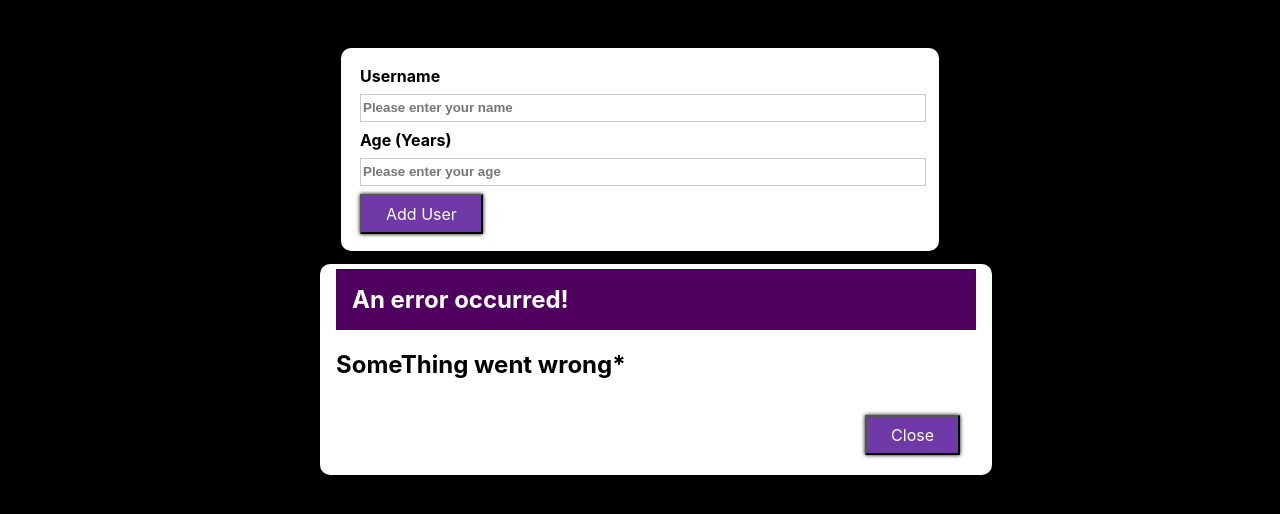
Repository: NamalPathirana/section-eight
Page: /
An editor plug-in stored every save of this project. The page is shown before and after the next save, followed by the edit.
The browser window is 1280 px wide. The pictures show the whole page.
The project was rebuilt for these pictures with package versions that can differ from the ones it lists, and the page was loaded fresh each time. Also part of the build but not shown: src/App.module.css.

Above is the page before, as saved 2021-12-04 14:31:07.

### src/index.css
body {
  margin: 0;
  padding: 0%;
  height: 100%;
  width: 100%;
  display: flex;
  flex-direction: column;
  background-color: black;
  font-family: -apple-system, BlinkMacSystemFont, 'Segoe UI', 'Roboto', 'Oxygen',
    'Ubuntu', 'Cantarell', 'Fira Sans', 'Droid Sans', 'Helvetica Neue',
    sans-serif;
  -webkit-font-smoothing: antialiased;
  -moz-osx-font-smoothing: grayscale;
}

code {
  font-family: source-code-pro, Menlo, Monaco, Consolas, 'Courier New',
    monospace;
}

### src/App.js
import styles from "./App.module.css";
import react, { useState } from "react";
import UserInput from "./Components/UserInput/UserInput";
import UserList from "./Components/UserList/UserList";
import Card from "./UI/Card/Card";

function App() {
  const [listOfEntries, SetListOfEntries] = useState([
    { key: 0, name: "Dave", age: "000" },
    { key: 1, name: "looper", age: "29" },
  ]);

  const UserEntryCallbackHandler = (props) => {
    SetListOfEntries((prevListOfEntries) => {
      const tempList = [...prevListOfEntries];
      tempList.unshift({
        key: Math.random(),
        name: props.name,
        age: props.age,
      });
      return tempList;
    });
    console.log(listOfEntries);
  };

  const entryDeletionCallback = (entryKey) => {
    SetListOfEntries((perEntry) => {
      const updatedEntries = perEntry.filter((entry) => {
        return entry.key !== entryKey;
      });
      return updatedEntries;
    });
  };

  let UserInfoSegment = <Card><h3 className={styles.block}>No Entries Exists To Display</h3></Card>;

  if (listOfEntries.length > 0) {
    UserInfoSegment = (
      <UserList
        items={listOfEntries}
        deletionHandler={entryDeletionCallback}
      ></UserList>
    );
  }

  return (
    <div className="App">
      <section>
        <UserInput onUserEntry={UserEntryCallbackHandler}></UserInput>
      </section>
      <section>
      {UserInfoSegment}
      </section>
    </div>
  );
}

export default App;

### src/Components/UserInput/UserInput.js
import Button from "../../UI/Button/Button";
import styles from "./UserInput.module.css";
import { useState } from "react";
import Card from "../../UI/Card/Card";
import ErrorModal from "../../UI/ErrorModal/ErrorModal";

const UserInput = (props) => {
  const userEntry = { key: 0, name: "lol", age: "25" };

  const [username, SetUserName] = useState("");
  const [age, SetAge] = useState("");
  const [isValid, SetIsValid] = useState(true);

  const NameInputHandler = (props) => {
    SetUserName(props.target.value);

    if (props.target.value.length > 0) {
      SetIsValid(true);
    }
    // console.log('[UserInput.js / userName : ]'+username)
  };

  const AgeInputHandler = (props) => {
    SetAge(props.target.value);
    if (props.target.value.length > 0) {
      SetIsValid(true);
    }
    // console.log('[UserInput.js / userName : ]'+age);
  };

  const FormSubmitHandler = (event) => {
    event.preventDefault();

    if (username.length === 0) {
      SetIsValid(false);
      return;
    }
    if(+age<1){
        SetIsValid(false);
        return;
    }

    userEntry.key = Math.random();
    userEntry.name = username;
    userEntry.age = age;

    props.onUserEntry(userEntry);

    SetUserName("");
    SetAge("");
  };

  return (
    <div>
    <ErrorModal title="An error occurred!" message='SomeThing went wrong*'></ErrorModal>
    <Card>
      <form onSubmit={FormSubmitHandler}>
        <div className={styles.frame}>
          <label className={`${!isValid ? styles.inValid : ""}`}>
            Username
          </label>
          <input
            placeholder="Please enter your name"
            type="text"
            onChange={NameInputHandler}
            className={!isValid ? styles.inValid : ""}
            value={username}
          />
          <label className={`${!isValid ? styles.inValid : ""}`}>
            Age (Years)
          </label>
          <input
            placeholder="Please enter your age"
            type="number"
            max="120"
            maxLength="2"
            min="12"
            onChange={AgeInputHandler}
            value={age}
            className={`${!isValid ? styles.inValid : ""}`}
          />
          <Button name="Add User" type="submit"></Button>
        </div>
      </form>
    </Card>
    </div>
  );
};

export default UserInput;

### src/Components/UserList/UserList.js
import styles from './UserList.module.css';
import UserListItem from '../UserListItem/UserListItem'
import Card from '../../UI/Card/Card';


const UserList = (props) => {

    const listUserItems = props.items.map(row=>{
        return  <UserListItem key={row.key} name={row.name} age={row.age} clicked={()=>{props.deletionHandler(row.key)}}/>;
    });

    return(
        <Card>
        <div className={styles.frame}>
           {listUserItems}
        </div>
        </Card>
    );
}

export default UserList;

### src/UI/Card/Card.js
import styles from './Card.module.css';

const Card = (props) => {

    return (<div className={`${styles.card} ${props.className}`}>
        {props.children}
    </div>);

}

export default Card;

### src/UI/Button/Button.js
import styles from "./Button.module.css";

const Button = (props) => {
  return <button className={styles.button} type={props.type || 'button'}>{props.name}</button>;
};

export default Button;

### src/Components/UserInput/UserInput.module.css
.frame{

}

.frame input{
    display: block;
    font-weight: bold;
    border: 1px solid #ccc;
    line-height: 1.5rem;
    padding: 100 0.25rm;
    width: 100%;
    margin-bottom: 0.5rem;
}

.frame input:hover{
    border: 1px solid rgb(49, 45, 45);
}

label.inValid {
    color: red;
}

input.inValid {
    background-color: rgb(233, 161, 161);
    border: 1px solid red;
 }

.frame label{
    display: block;
    align-content: flex-start;
    font-weight: bold;
    margin-bottom: 0.5rem;
}

### src/UI/ErrorModal/ErrorModal.js
import styles from "./ErrorModal.module.css";
import Card from "../Card/Card";
import Button from "../Button/Button"

const ErrorModal = (props) => {
  return (
    <Card className={styles.modal}>
      <header className={styles.header} ><h2>{props.title}</h2></header>
      <h2 className={styles.message}>{props.message}</h2>
      <footer className={styles.actions}><Button name="Close"></Button></footer>
    </Card>
  );
};

export default ErrorModal;

### src/Components/UserList/UserList.module.css
.frame{

}

### src/Components/UserListItem/UserListItem.js
import styles from './UserListItem.module.css';


const UserListItem = (props) => {

    return(
        <div className={styles.list_item} onClick={props.clicked}>
            <h3>{props.name} ({props.age} Years Old)</h3>
        </div>
    );
}

export default UserListItem;

### src/UI/Card/Card.module.css
.card{
    margin: 0.5rem 0.5rem;
    padding: 1.1rem 1.2rem;
    width: 35rem;
    max-width: 90%;
    margin: 3rem auto;
    background-color: white;
    border-radius: 10px;
}

### src/UI/Button/Button.module.css
.button{
    font: inherit;
    padding: 0.5rem 1.5rem;
    background-color: rgb(112, 57, 168);
    color:white;
    box-shadow: 0 0 4px black;
    cursor: pointer;
    width: auto;
}

.button:focus{
    outline: none;
}

.button:hover,.button:active{
    background-color: rgb(185, 140, 231);
    border-color: rgb(185, 140, 231);
    box-shadow: 0 0 8px black;
}

### src/UI/ErrorModal/ErrorModal.module.css
.modal {
  position: fixed;
  top: 30vh;
  left: 10%;
  width: 80%;
  z-index: 100;
  overflow: hidden;
  padding: 0.3rem 1rem !important;
}

.header {
  background: #4f005f;
  padding: 1rem;
}

.header h2 {
  color: white;
  margin: 0;
}

.content {
  padding: 1rem;
}

.actions {
  padding: 1rem;
  display: flex;
  justify-content: flex-end;
}

@media (min-width: 768px) {
  .modal {
    left: calc(50% - 20rem);
    width: 40rem;
  }
}

### src/Components/UserListItem/UserListItem.module.css
.list_item{
    border: 1px solid gray;
    display: block;
    padding: 0.5rem 0.3rem;
    margin: 3px 0px;

}

.list_item:hover{
    background-color: antiquewhite;
}

.list_item:active{
    background-color: rgb(251, 199, 199);
}


.list_item h3{
    margin: 0px;
}

Loaded but not shown: public/index.html (common file); src/index.js (common file); src/reportWebVitals.js (common file)

After the next save:
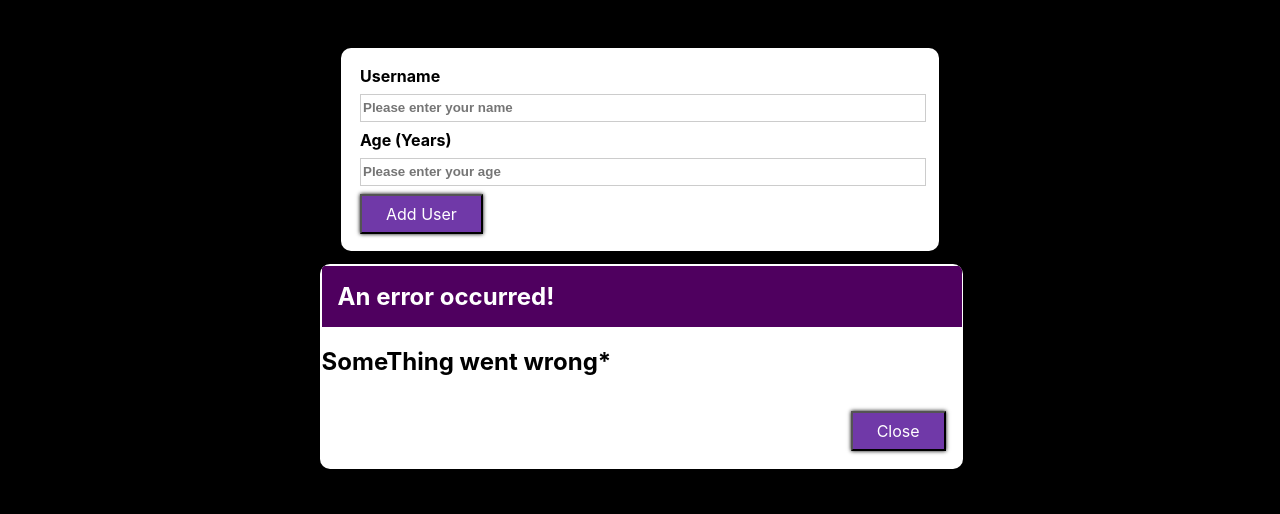
Saved 7 s later.
--- a/src/UI/ErrorModal/ErrorModal.module.css
+++ b/src/UI/ErrorModal/ErrorModal.module.css
@@ -5,7 +5,7 @@
   width: 80%;
   z-index: 100;
   overflow: hidden;
-  padding: 0.3rem 1rem !important;
+  padding: 0.1rem 0.1rem !important;
 }
 
 .header {
